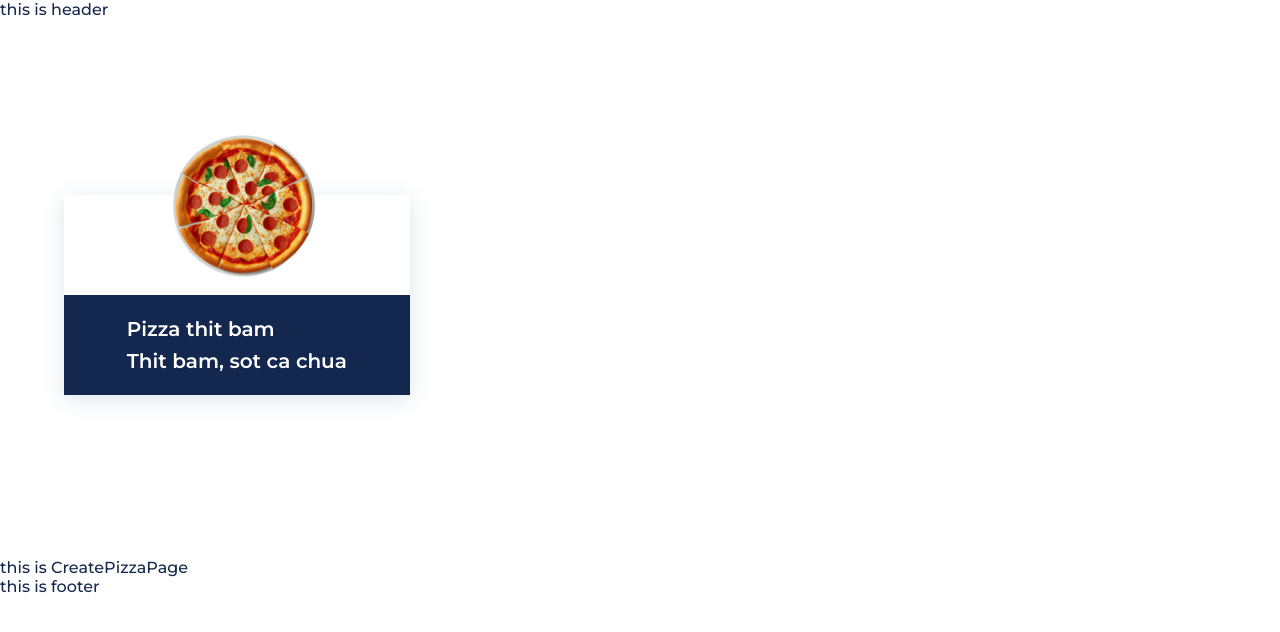
Repository: 16-Doffy/Pizza-Store
Page: /
These files come from the project's save history. The page is drawn as it stood at one moment and after the next save; the edit follows.
The browser window is 1280 px wide. The pictures show the whole page.
The project was rebuilt for these pictures with package versions that can differ from the ones it lists, and the page was loaded fresh each time. Also part of the build but not shown: webpack.config.js.

Above is the page before, as saved 2025-02-06 22:16:25.

### src/App.tsx
import React from "react";
import "./index.css";
import Header from "./layout/Header";
import Footer from "./layout/Footer";
import CreatePizzaPage from "./pages/CreatePizzaPage";
import HomePage from "./pages/HomePage";

function App() {

  return (
    <div className="App">
    <Header />
    <HomePage />
    <CreatePizzaPage />
    <Footer />

    </div>
  );
}

export default App;

### src/index.css
@import url("https://fonts.googleapis.com/css2?family=Montserrat:ital,wght@0,300;0,500;0,600;1,300;1,500;1,600&display=swap");

html {
  font-family: "Montserrat", sans-serif;
}

body {
  padding: 0;
  margin: 0;
  box-sizing: border-box;
}

div {
  color: #14274e;
}

.flex-basic-between {
  display: flex;
  justify-content: space-between;
  align-items: center;
}

/* Button */
.btn-main {
  cursor: pointer;
  background: #14274e;
  color: #fff;
  padding: 0.8rem 1.5rem;
  border-radius: 4px;
}

.btn-main:hover {
  background: #394867;
}
/* Button */

.wrapper-card-items {
  display: flex;
  column-gap: 4rem;
  flex-wrap: wrap;
  row-gap: 8rem;
  padding-top: 7rem;
}

.card-items {
  width: 30%;
  height: 200px;
  box-shadow: 0px 4px 20px 0px rgba(72, 119, 159, 0.18);
  position: relative;
  cursor: pointer;
}

.card-image-pizza {
  width: 200px;
  position: absolute;
  top: -90px;
  left: 22.5%;
}

.card-content {
  display: flex;
  align-items: center;
  justify-content: center;
  height: 50%;
  background: #14274e;
}

/* Text field */
.text-field {
  padding: 0.8rem 1rem;
  background: #f5f5f5;
  border: none;
  outline: none;
  color: #14274e;
  border-radius: 4px;
}

input {
  font-family: "Montserrat", sans-serif;
}
/* Text field */

/* Loading Spinner */
.lds-ring {
  display: inline-block;
  position: relative;
  width: 80px;
  height: 80px;
}
.lds-ring div {
  box-sizing: border-box;
  display: block;
  position: absolute;
  width: 64px;
  height: 64px;
  margin: 8px;
  border: 8px solid #14274e;
  border-radius: 50%;
  animation: lds-ring 1.2s cubic-bezier(0.5, 0, 0.5, 1) infinite;
  border-color: #14274e transparent transparent transparent;
}
.lds-ring div:nth-child(1) {
  animation-delay: -0.45s;
}
.lds-ring div:nth-child(2) {
  animation-delay: -0.3s;
}
.lds-ring div:nth-child(3) {
  animation-delay: -0.15s;
}
@keyframes lds-ring {
  0% {
    transform: rotate(0deg);
  }
  100% {
    transform: rotate(360deg);
  }
}
/* Loading Spinner */

### src/layout/Header.tsx
import React from 'react';

const Header = () => {
    return (
        <div>
            this is header
        </div>
    );
};

export default Header;

### src/layout/Footer.tsx
import React from 'react';

const Footer = () => {
    return (
        <div>
            this is footer
        </div>
    );
};

export default Footer;

### src/pages/CreatePizzaPage.tsx
import React from 'react';

const CreatePizzaPage = () => {
    return (
        <div>
            this is CreatePizzaPage
        </div>
    );
};

export default CreatePizzaPage;

### src/pages/HomePage.tsx
import React from "react";

const HomePage = () => {
  return (
    <div style={{ height: "calc(100vh - 309px)", padding: "4rem", overflow: "auto" }}>
      <div className="wrapper-card-items">
        <div className="card-items">
          <img src="/pizza.png" alt="pizza" className="card-image-pizza " />
          <div style={{ height: "50%", width: "100%" }}></div>
          {/* Di chuyển card-content vào trong card-items */}
          <div className="card-content">
            <div>
              <div style={{ fontSize: "20px", fontWeight: 600, color: "#fff" }}>Pizza thit bam</div>
              <div style={{ fontSize: "20px", fontWeight: 600, color: "#fff", marginTop: "0.5rem" }}>
                Thit bam, sot ca chua
              </div>
            </div>
          </div>
        </div>
      </div>
    </div>
  );
};

export default HomePage;

Loaded but not shown: public/index.html (common file); src/index.tsx (common file)

After the next save:
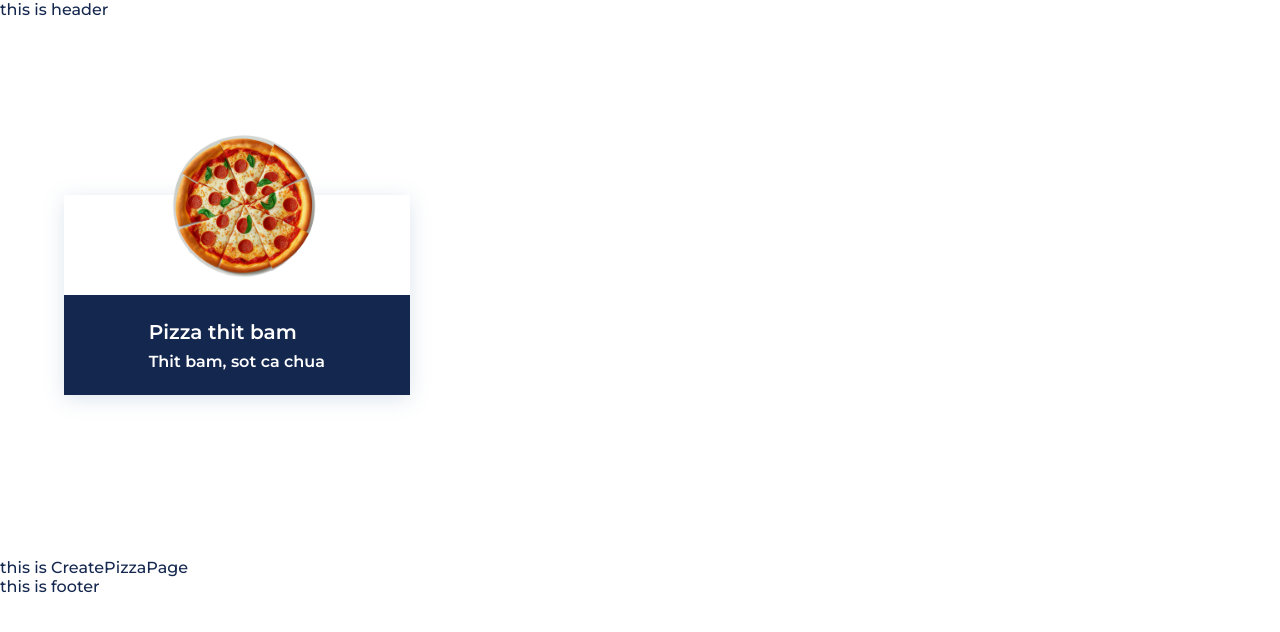
Saved 49 s later.
--- a/src/pages/HomePage.tsx
+++ b/src/pages/HomePage.tsx
@@ -11,7 +11,7 @@ const HomePage = () => {
           <div className="card-content">
             <div>
               <div style={{ fontSize: "20px", fontWeight: 600, color: "#fff" }}>Pizza thit bam</div>
-              <div style={{ fontSize: "20px", fontWeight: 600, color: "#fff", marginTop: "0.5rem" }}>
+              <div style={{ fontSize: "16px", fontWeight: 600, color: "#fff", marginTop: "0.5rem" }}>
                 Thit bam, sot ca chua
               </div>
             </div>
